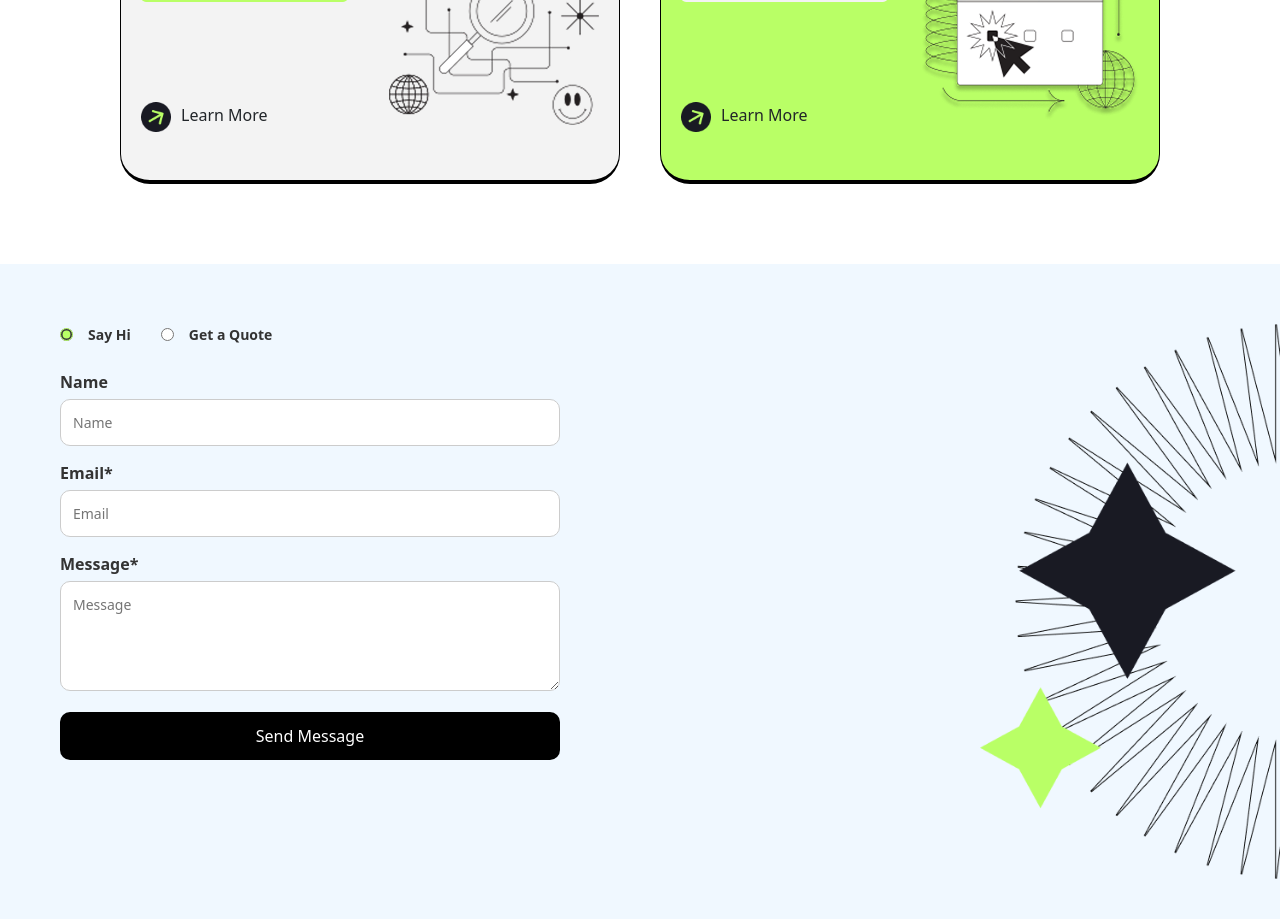
Repository: inshaabbas/CSS-Hackathon-SMIT
Page: index.html
These files come from the project's save history. The page is drawn as it stood at one moment and after the next save; the edit follows.
The browser window is 1280 px wide. The pictures show the part of the page from y = 954 to 1906 px (the page is 1873 px tall before and 2200 px after).
A picture or video elsewhere on the page could not be fetched, so the positions and the page height are approximate.

Above is the page before, as saved 2025-06-25 10:33:33.

### index.html
<!DOCTYPE html>
<html lang="en">
<head>
    <meta charset="UTF-8">
    <meta name="viewport" content="width=device-width, initial-scale=1.0">
    <title>CSS Hackathon</title>
    <!-- Bootstrap CDN -->
     <link href="https://cdn.jsdelivr.net/npm/bootstrap@5.3.7/dist/css/bootstrap.min.css" rel="stylesheet" integrity="sha384-LN+7fdVzj6u52u30Kp6M/trliBMCMKTyK833zpbD+pXdCLuTusPj697FH4R/5mcr" crossorigin="anonymous">
    <!-- Font Awesome CDN -->
     <link rel="stylesheet" href="https://cdnjs.cloudflare.com/ajax/libs/font-awesome/6.7.2/css/all.min.css" integrity="sha512-Evv84Mr4kqVGRNSgIGL/F/aIDqQb7xQ2vcrdIwxfjThSH8CSR7PBEakCr51Ck+w+/U6swU2Im1vVX0SVk9ABhg==" crossorigin="anonymous" referrerpolicy="no-referrer"/>
    <!-- External Style Sheet -->
     <link rel="stylesheet" href="./style.css">
</head>
<body>
    <!-- Header Section Starts -->
    <header class="container-xxl">
      <div class="fixed-top">
         <nav class="navbar navbar-expand-lg bg-body-tertiary">
  <div class="container-fluid">
    <a class="navbar-brand" href="#"><img src="./Assets/logo.png" alt="Logo" width="150px"></a>
    <button class="navbar-toggler" type="button" data-bs-toggle="collapse" data-bs-target="#navbarSupportedContent" aria-controls="navbarSupportedContent" aria-expanded="false" aria-label="Toggle navigation">
      <span class="navbar-toggler-icon"></span>
    </button>
    <div class="collapse navbar-collapse" id="navbarSupportedContent">
      <ul class="navbar-nav ms-auto me-3 gap-4 mb-2 mb-lg-0">
        <li class="nav-item">
          <a class="nav-link active" aria-current="page" href="#">Aboutus</a>
        </li>
        <li class="nav-item">
          <a class="nav-link active" href="#">Services</a>
        </li>
        <li class="nav-item">
          <a class="nav-link active" aria-disabled="true">User Cases</a>
        </li>
        <li class="nav-item">
          <a class="nav-link active" aria-current="page" href="#">Pricing</a>
        </li>
        <li class="nav-item">
          <a class="nav-link active" aria-current="page" href="#">Blog</a>
        </li>
      </ul>
        <button class="btn btn-outline-dark" type="submit">Request a Quote</button>
      </form>
    </div>
  </div>
</nav>
      </div>
    </header>
    <!-- Header Section Ends -->

    <!-- Hero Section Starts -->
     <section class="hero-sec container-xxl">
        <div class="hero-text">
            <h2>Navigating the digital landscape for success</h2>
            <p>Lorem ipsum dolor sit amet consectetur adipisicing elit. Nihil sapiente officia omnis rerum, vitae nesciunt ad obcaecati sint quam accusantium Lorem ipsum dolor sit amet consectetur adipisicing elit. Quaerat nobis quos soluta accusantium perspiciatis quas ducimus dicta accusamus eius, sint adipisci cum minima aliquam debitis expedita nam eos, consectetur quasi.</p>
            <button type="button" class="btn btn-dark">Book a consultation</button>
        </div>
        <div class="hero-img">
            <img src="./Assets/hero-sec-img.png" alt="Hero Section Img" width="450px" height="330px">
        </div>
     </section>
    <!-- Hero Section Ends -->

    <!-- Social Section Starts -->
     <section class="social-sec container-xxl">
       <img src="./Assets/Amazon.png" alt="Amazon">
       <img src="./Assets/Dribbble.png" alt="Dribbble">
       <img src="./Assets/Hubspot-icon-removebg-preview.png" alt="Hubspot">
       <img src="./Assets/Notion.png" alt="Notion">
       <img src="./Assets/Netflix.png" alt="Netflix" class="gray">
       <img src="./Assets/Zoom.png" alt="Zoom" class="gray">
     </section>
    <!-- Social Section Ends -->

    <!-- Service Section Starts -->
     <section class="service-sec container-xxl">
      <div class="service-head">
        <h2>Services</h2>
        <p>Lorem ipsum dolor sit amet consectetur adipisicing elit. Ad, aliquam assumenda. Perspiciatis necessitatibus ullam possimus illum consequatur dolores quasi ut.</p>
      </div>
      <div class="service-cards">
        <div class="service-card-1 hover-img">
          <div class="ser-card-1-text">
             <h3>Search engine <br> optimization</h3>
             <p><img src="./Assets/service-icon.png" alt="Service Icon" width="30px">Learn More</p>
          </div>
          <div class="ser-card-1-img">
            <img src="./Assets/Service-card-1img.png" alt="">
          </div>
        </div>
        <div class="service-card-2 hover-img">
          <div class="ser-card-2-text">
             <h3>Search engine <br> optimization</h3>
             <p><img src="./Assets/service-icon.png" alt="Service Icon" width="30px">Learn More</p>
          </div>
          <div class="ser-card-2-img">
            <img src="./Assets/Service-card-2-img.png" alt="">
          </div>
        </div>
      </div>
     </section>
    <!-- Service Section Ends -->







     <!-- Contact section Starts -->
     <section class="contact-section container-xxl">
      <div class="contact-form">
        <form>
          <div class="radio-group">
            <label><input type="radio" name="purpose" checked>Say Hi</label>
            <label><input type="radio" name="purpose"> Get a Quote</label>
          </div>

          <div class="form-group">
            <label for="name">Name</label>
            <input type="text" id="name" name="name" placeholder="Name" required>
          </div>

          <div class="form-group">
            <label for="email">Email*</label>
            <input type="email" id="email" name="email" placeholder="Email" required>
          </div>

          <div class="form-group">
            <label for="message">Message*</label>
            <textarea id="message" name="message" placeholder="Message" rows="4" required></textarea>
          </div>

          <button type="submit" class="send-btn">Send Message</button>
        </form>
       </div>
      <div class="contact-image">
        <img src="./Assets/Contact-img.png" alt="Contact img" width="400px">
      </div>
     </section>







<script src="https://cdn.jsdelivr.net/npm/@popperjs/core@2.11.8/dist/umd/popper.min.js" integrity="sha384-I7E8VVD/ismYTF4hNIPjVp/Zjvgyol6VFvRkX/vR+Vc4jQkC+hVqc2pM8ODewa9r" crossorigin="anonymous"></script>
<script src="https://cdn.jsdelivr.net/npm/bootstrap@5.3.7/dist/js/bootstrap.min.js" integrity="sha384-7qAoOXltbVP82dhxHAUje59V5r2YsVfBafyUDxEdApLPmcdhBPg1DKg1ERo0BZlK" crossorigin="anonymous"></script>
</body>
</html>

### style.css
.hover-img{
    transition: transform 0.3s ease;
}

.hover-img:hover{
    transform: scale(1.1);
}

.hero-sec{
    display: flex;
    justify-content: space-around;
    align-items: center;
    padding: 20px;
    height: 500px;
    padding-top: 80px;
}

.hero-text{
    width: 50%;
}

.hero-text h2{
    font-size: 35px;
    font-weight: bold;
}

@media screen and (max-width: 1010px) {
    .hero-img img{
        width: 350px;
        height: 300px;
    }
    .hero-sec{
        height: auto;
    }
}

@media screen and (max-width: 800px){
    .hero-sec{
        flex-direction: column;
        gap: 50px;
    }

    .hero-text{
    width: 100%;
}
}

/* Hero Section End */

/* Social Section Starts */
.social-sec{
    height: auto;
    display: flex;
    justify-content: center;
    align-items: center;
    gap: 40px;
    flex-wrap: wrap;
    padding: 20px;
    margin-top: 40px;
}

.social-sec img{
    width: 120px;
}

.gray{
    filter: grayscale(100%);
}

/* Social Section Ends */


/* Service Section Starts */

.service-sec{
    height: auto;
    margin-top: 40px;
    padding: 40px 10px;
}

.service-head{
    display: flex;
    margin-left: 100px;
    gap: 30px;
}

.service-head h2{
    background-color: #b9ff66;
    padding: 0px 10px;
    border-radius: 5px;
    font-size: 40px;
}

.service-head p{
    width: 600px;
}

.service-cards{
    padding-top: 40px;
    display: flex;
    justify-content: center;
    align-items: center;
    flex-wrap: wrap;
    gap: 40px;
    padding: 20px;
}

/* Card 1  */
.service-card-1{
    display: flex;
    justify-content: space-between;
    width: 500px;
    height: 280px;
    background-color: #f3f3f3;
    border-radius: 30px;
    padding: 20px;
    border-bottom: black solid 4px;
    border-top: black solid 1px;
    border-left: black solid 1px;
    border-right: black solid 1px;
}

.service-card-1 p img{
    margin-right: 10px;
}

.service-card-1 p{
    margin-top: 100px;
}

.ser-card-1-img{
    display: flex;
    justify-content: center;
    align-items: center;
}

.ser-card-1-text h3{
    background-color: #b9ff66;
    padding: 5px 10px;
    border-radius: 5px;
}

/* Card 2 */

.service-card-2{
    display: flex;
    justify-content: space-between;
    width: 500px;
    height: 280px;
    background-color: #b9ff66;
    border-radius: 30px;
    padding: 20px;
    border-bottom: black solid 4px;
    border-top: black solid 1px;
    border-left: black solid 1px;
    border-right: black solid 1px;
}

.service-card-2 p img{
    margin-right: 10px;
}

.service-card-2 p{
    margin-top: 100px;
}

.ser-card-2-img{
    display: flex;
    justify-content: center;
    align-items: center;
}

.ser-card-2-text h3{
    background-color: #f3f3f3;
    padding: 5px 10px;
    border-radius: 5px;
}

/* Service Section Ends*/




















/* Contact Section Starts */

.contact-section{
    display: flex;
    justify-content: space-between;
    /* height: 400px; */
    height: auto;
    background-color: aliceblue;
    margin-top: 20px;
    padding: 60px 0px 40px 20px
}

.contact-form{
    width: 100%;
    margin-left: 40px;
}

.radio-group {
  display: flex;
  gap: 30px;
  margin-bottom: 20px;
  font-size: 14px;
}

.radio-group label{
  display: flex;
  align-items: center;
  gap: 15px;
  font-size: 14px;
  color: #333;
  cursor: pointer;
  /* width: 100px; */
  white-space: nowrap
}


input[type="radio"] {
  accent-color: #b9ff66;
}

.form-group {
  margin-bottom: 15px;
}

label {
  display: block;
  margin-bottom: 5px;
  font-weight: bold;
  color: #333;
}

input,
textarea {
  width: 100%;
  max-width: 500px;
  padding: 12px;
  font-size: 14px;
  border: 1px solid #ccc;
  border-radius: 10px;
  box-sizing: border-box;
}

.send-btn{
  background-color: #000;
  color: #fff;
  border: none;
  padding: 12px;
  width: 100%;
  max-width: 500px;
  border-radius: 10px;
  font-size: 16px;
  cursor: pointer;
  transition: background-color 0.3s;
}

.send-btn:hover {
  background-color: #333;
}

.contact-image {
  flex: 1;
  text-align: right;
  min-width: 300px;
  overflow-x: hidden;
}

@media screen and (max-width: 890px){
    .contact-image img {
        display: none;
    }

    .contact-section {
        flex-direction: column;
        align-items: center;
        padding: 30px 20px;
    }

    .contact-form {
        margin-left: 0;
        width: 100%;
        display: flex;
        flex-direction: column;
        align-items: center;
        /* background-color: pink;  */
    }

    .form-group,
    input,
    textarea,
    .send-btn {
        width: 100%;
        max-width: 600px;
    }
}

/* Contact Section Ends*/

After the next save:
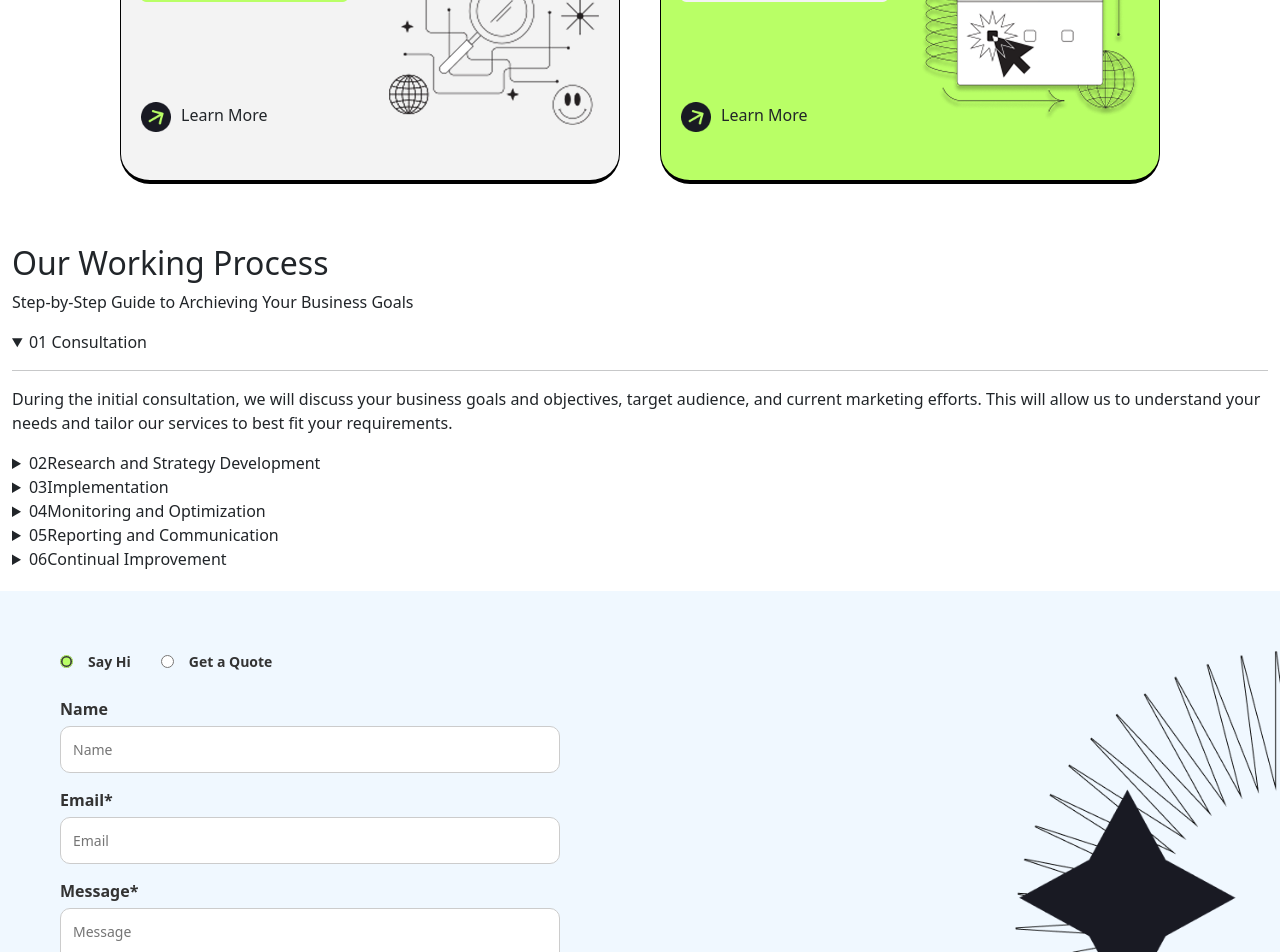
Saved 4 s later.
--- a/index.html
+++ b/index.html
@@ -101,7 +101,63 @@
      </section>
     <!-- Service Section Ends -->
 
-
+     <!-- Working section Starts -->
+     <section class="working-section container-xxl">
+      <div class="working-head">
+        <h2>Our Working Process</h2>
+        <p>Step-by-Step Guide to Archieving Your Business Goals</p>
+      </div>
+      <div class="faq-section">
+  <details open>
+    <summary><span><span class="number">01</span> Consultation</span> <span class="plus"></span></summary>
+    <hr class="divider">
+    <div class="faq-content">
+      <p>During the initial consultation, we will discuss your business goals and objectives, target audience, and current marketing efforts. This will allow us to understand your needs and tailor our services to best fit your requirements.</p>
+    </div>
+  </details>
+
+  <details>
+    <summary><span><span class="number">02</span>Research and Strategy Development</span> <span class="plus"></span></summary>
+    <hr class="divider">
+    <div class="faq-content">
+      We research your market and competitors to develop a custom strategy aligned with your business goals.
+    </div>
+  </details>
+
+   <details>
+    <summary><span><span class="number">03</span>Implementation</span> <span class="plus"></span></summary>
+    <hr class="divider">
+    <div class="faq-content">
+      We research your market and competitors to develop a custom strategy aligned with your business goals.
+    </div>
+  </details>
+
+   <details>
+    <summary><span><span class="number">04</span>Monitoring and Optimization</span> <span class="plus"></span></summary>
+    <hr class="divider">
+    <div class="faq-content">
+      We research your market and competitors to develop a custom strategy aligned with your business goals.
+    </div>
+  </details>
+
+   <details>
+    <summary><span><span class="number">05</span>Reporting and Communication</span> <span class="plus"></span></summary>
+    <hr class="divider">
+    <div class="faq-content">
+      We research your market and competitors to develop a custom strategy aligned with your business goals.
+    </div>
+  </details>
+
+   <details>
+    <summary><span><span class="number">06</span>Continual Improvement</span> <span class="plus"></span></summary>
+    <hr class="divider">
+    <div class="faq-content">
+      We research your market and competitors to develop a custom strategy aligned with your business goals.
+    </div>
+  </details>
+      </div>
+      </section>
+    <!-- Working section Ends -->
 
 
 
